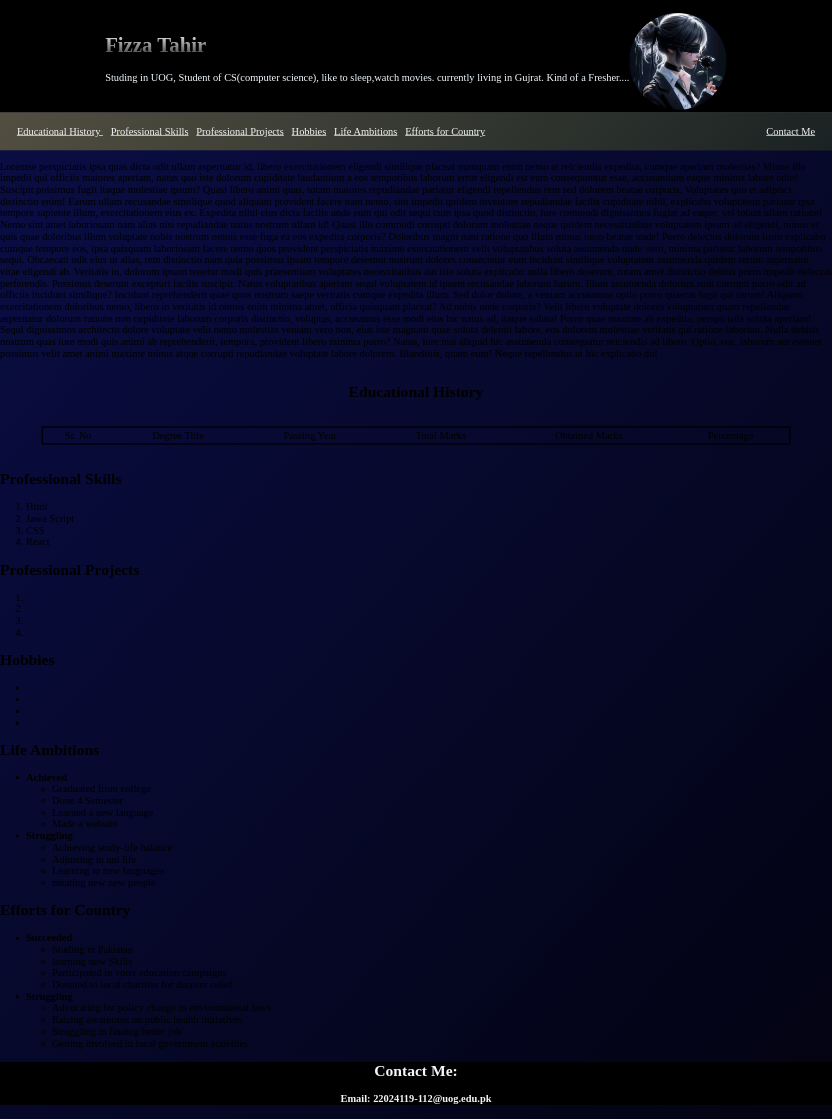
Repository: Fizza-112/project
Page: /
These files come from the project's save history. The page is drawn as it stood at one moment and after a run of saves; the edit follows.
The browser window is 1280 px wide. The pictures show the whole page, at 65% of full size.
The project was rebuilt for these pictures with package versions that can differ from the ones it lists, and the page was loaded fresh each time. Also part of the build but not shown: vite.config.ts.

Above is the page before, as saved 2024-09-16 09:47:38.

After the next 8 saves:
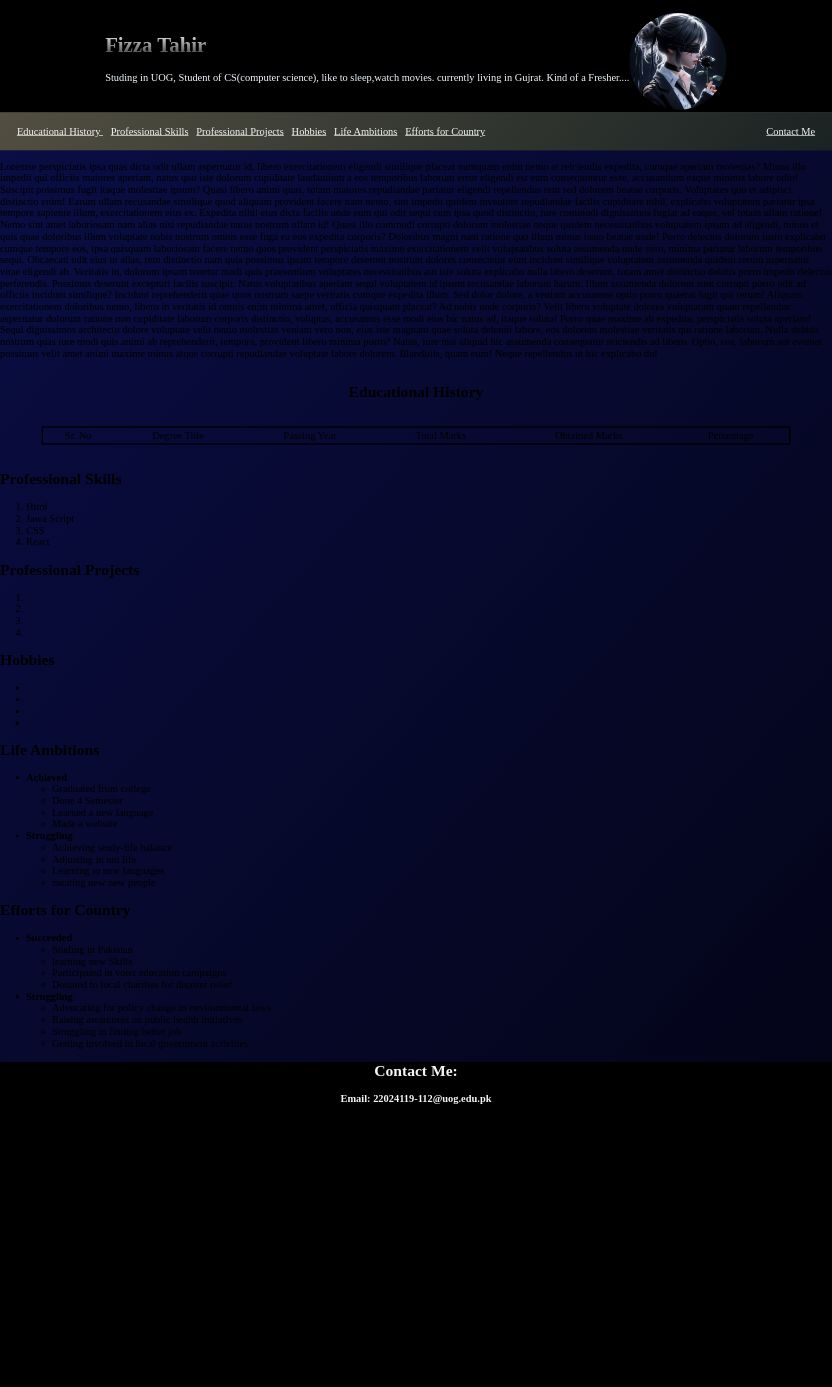
The 8 saves are shown as one change because they came seconds apart.
The last was saved 36 s later.
--- a/src/App.css
+++ b/src/App.css
@@ -68,4 +68,5 @@ table{
   color:whitesmoke;
   margin: 20px, 0px 0px, 0px;
   padding:20px,0px;
+  height: 500px;
 }
